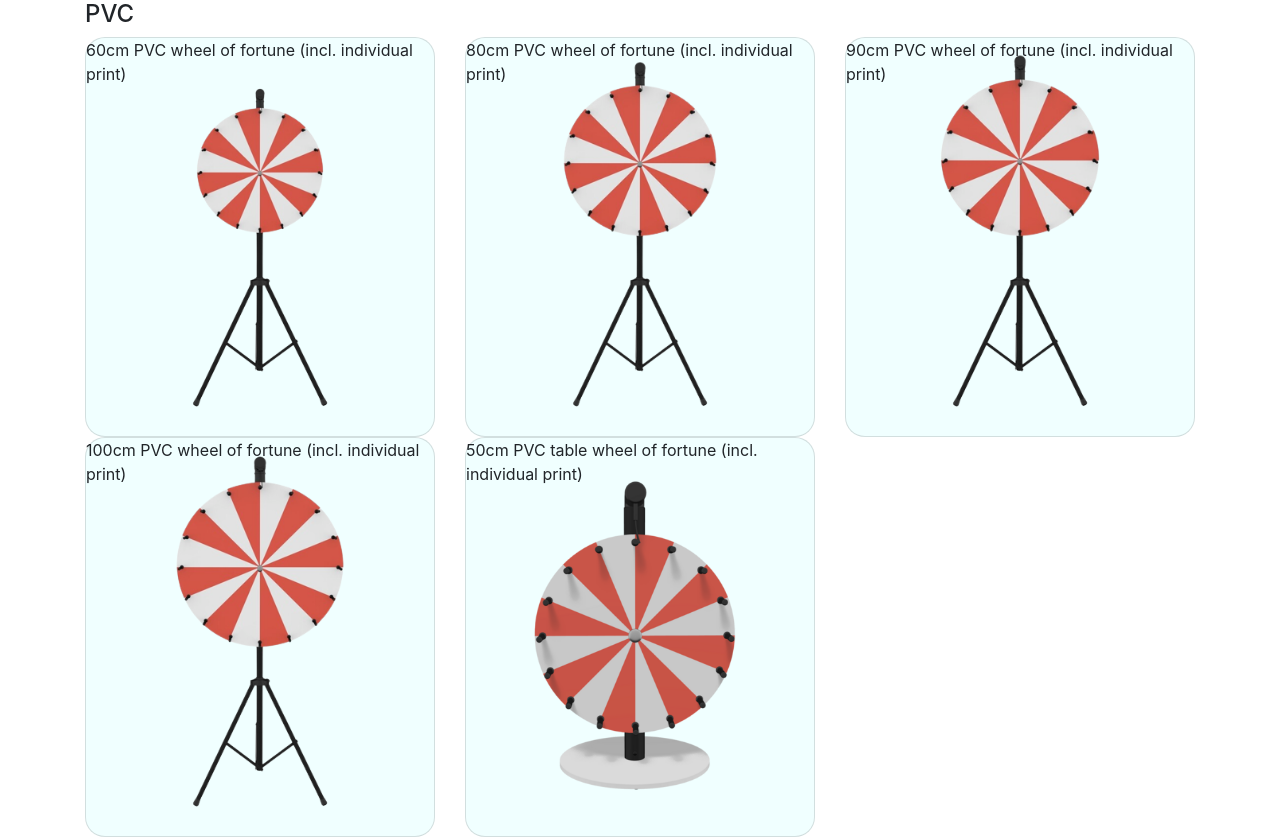
Repository: Awaisp-irfan/fahad-project
Page: pvc.html
The author's editor kept a copy of each file at every save. The page is drawn from the files as they stood at one save, then again after the next save.
The browser window is 1280 px wide. The pictures show the whole page.

Above is the page before, as saved 2022-06-30 08:20:38.

After the next save:
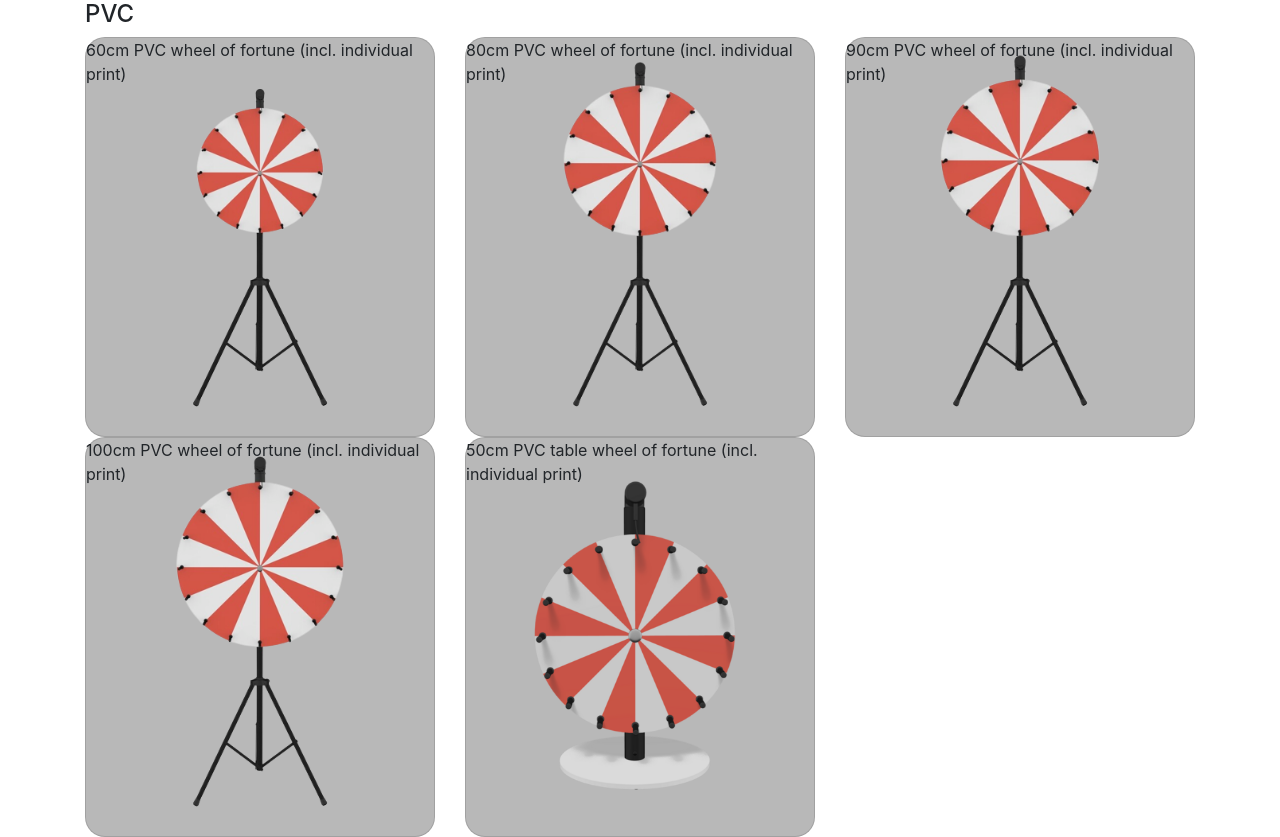
Saved 27 s later.
--- a/style.css
+++ b/style.css
@@ -14,7 +14,7 @@
 .col-lg-4>.img-div{
     height: 400px;
     border-radius: 20px;
-    background-color: azure;
+    background-color: rgb(184, 184, 184);
 }
 .wooden{
     background-image: url(./assests/wooden.jpg);
